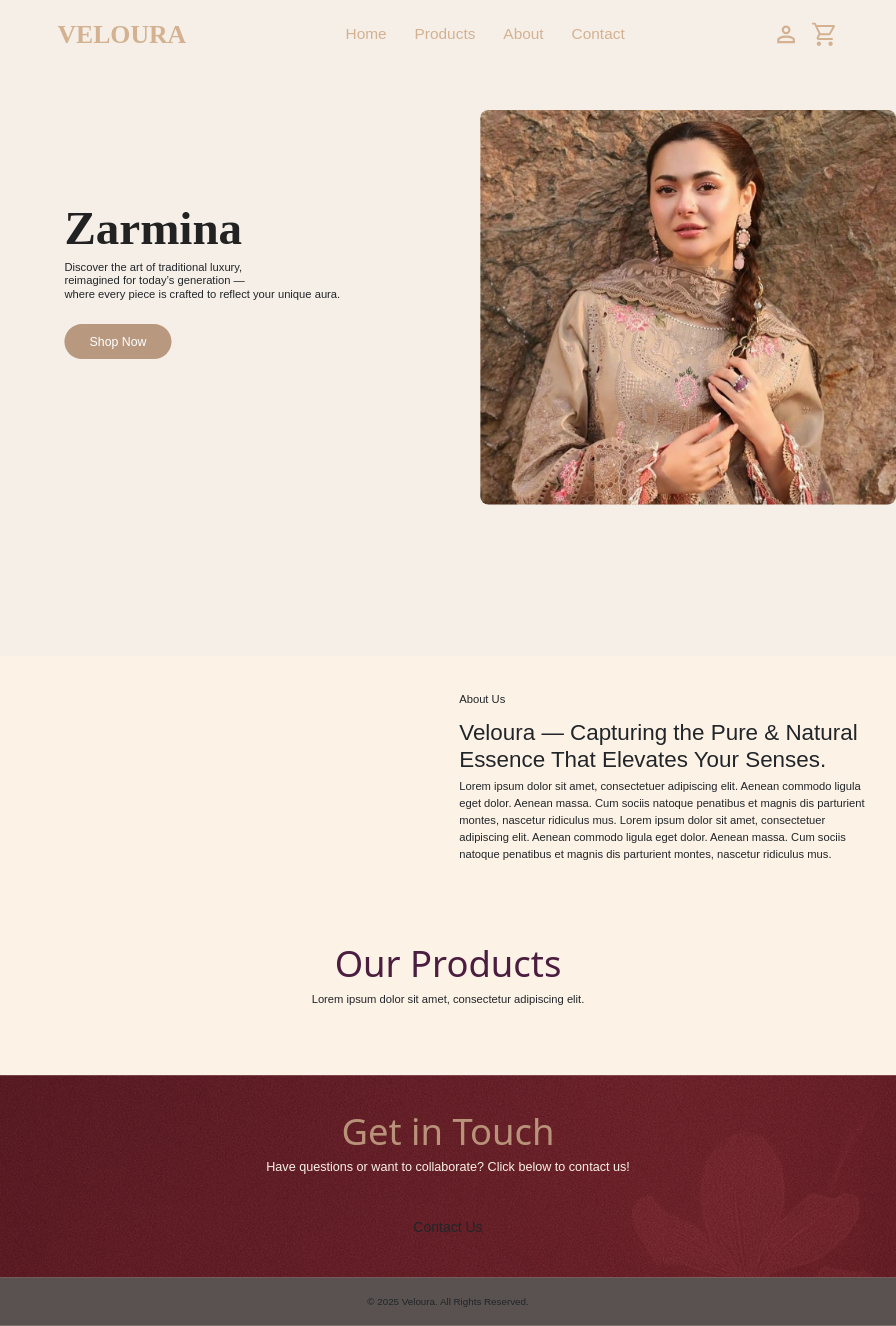
Repository: ayeshatehreem77/Clothing-store
Page: / (app in perfumes-app/)
The author's editor kept a copy of each file at every save. The page is drawn from the files as they stood at one save, then again after the next save.
The browser window is 1280 px wide. The pictures show the whole page, at 70% of full size.
Pictures or frames that could not be fetched are drawn as grey boxes. The page's requests for data from a server got no answer. The project was rebuilt for these pictures with package versions that can differ from the ones it lists, and the page was loaded fresh each time. No one was signed in, and anything a server would have sent is missing. Also part of the build but not shown: perfumes-app/src/components/Alert.js.

Above is the page before, as saved 2025-10-28 23:43:41.

### perfumes-app/public/index.html
<!DOCTYPE html>
<html lang="en">
  <head>
    <meta charset="utf-8" />
    <link rel="icon" href="%PUBLIC_URL%/favicon.ico" />
    <meta name="viewport" content="width=device-width, initial-scale=1" />
    <meta name="theme-color" content="#000000" />
    <meta
      name="description"
      content="Web site created using create-react-app"
    />
    <link rel="apple-touch-icon" href="%PUBLIC_URL%/logo192.png" />
    <!--
      manifest.json provides metadata used when your web app is installed on a
      user's mobile device or desktop. See https://developers.google.com/web/fundamentals/web-app-manifest/
    -->
    <link rel="manifest" href="%PUBLIC_URL%/manifest.json" />
    <!--
      Notice the use of %PUBLIC_URL% in the tags above.
      It will be replaced with the URL of the `public` folder during the build.
      Only files inside the `public` folder can be referenced from the HTML.

      Unlike "/favicon.ico" or "favicon.ico", "%PUBLIC_URL%/favicon.ico" will
      work correctly both with client-side routing and a non-root public URL.
      Learn how to configure a non-root public URL by running `npm run build`.
    -->
    <title>Veloura</title>
  </head>
  <body>
    <noscript>You need to enable JavaScript to run this app.</noscript>
    <div id="root"></div>
    <!--
      This HTML file is a template.
      If you open it directly in the browser, you will see an empty page.

      You can add webfonts, meta tags, or analytics to this file.
      The build step will place the bundled scripts into the <body> tag.

      To begin the development, run `npm start` or `yarn start`.
      To create a production bundle, use `npm run build` or `yarn build`.
    -->
  </body>
</html>

### perfumes-app/src/index.js
import React from 'react';
import ReactDOM from 'react-dom/client';
import './index.css';
import 'bootstrap/dist/css/bootstrap.min.css';
import 'bootstrap/dist/js/bootstrap.bundle.min.js';
import App from './App';
import reportWebVitals from './reportWebVitals';
import { AuthProvider } from './context/AuthContext';

const root = ReactDOM.createRoot(document.getElementById('root'));
root.render(
  <React.StrictMode>
    <AuthProvider>
    <App />
    </AuthProvider>
  </React.StrictMode>
);

// If you want to start measuring performance in your app, pass a function
// to log results (for example: reportWebVitals(console.log))
// or send to an analytics endpoint. Learn more: https://bit.ly/CRA-vitals
reportWebVitals();

### perfumes-app/src/context/AuthContext.js
// src/context/AuthContext.js
import React, { createContext, useState, useEffect } from "react";
import axios from "axios";

export const AuthContext = createContext();

export const AuthProvider = ({ children }) => {
  const [user, setUser] = useState(null);

  // ✅ Fetch user details from backend using token
  const fetchUser = async () => {
    const token = localStorage.getItem("token");
    if (!token) return;

    try {
      const res = await axios.get("http://localhost:4000/auth/user", {
        headers: { Authorization: `Bearer ${token}` },
      });
      setUser(res.data); // { userId, email, role }
    } catch (err) {
      console.error("Failed to fetch user:", err);
      localStorage.removeItem("token");
      setUser(null);
    }
  };

  // ✅ Auto-fetch user on first render (if token exists)
  useEffect(() => {
    fetchUser();
  }, []);

  // ✅ Handle login
  const login = async (email, password) => {
    try {
      const res = await axios.post("http://localhost:4000/auth/login", {
        email,
        password,
      });

      // backend returns { authToken: "..." }
      const token = res.data.authToken;
      if (!token) throw new Error("No token returned");

      localStorage.setItem("token", token);
      await fetchUser(); // instantly update user

      return true; // success
    } catch (err) {
      console.error("Login error:", err.response?.data || err.message);
      throw err.response?.data?.message || "Login failed";
    }
  };

  // ✅ Handle logout
  const logout = () => {
    localStorage.removeItem("token");
    setUser(null);
  };

  return (
    <AuthContext.Provider value={{ user, login, logout, fetchUser }}>
      {children}
    </AuthContext.Provider>
  );
};

### perfumes-app/src/App.css
body {
  font-family: 'Poppins', sans-serif;
  background-color: #FCF2E6;
}

html {
  scroll-behavior: smooth;
}


.veloura-logo {
  font-family: 'Playfair Display', serif;
  font-size: 2.3rem;
  color: #D4B191 !important;
}

.navbar {
  background: transparent !important;
}

button.navbar-toggler {
  border: none !important;
}

.navbar-toggler-icon {
  background-image: url("data:[embedded picture, 222 characters]");
}



.nav-link {
  color: #D4B191 !important;
  font-size: 22px;
}

.hero-section {
  background-color: #f5efe7;
  min-height: 100vh;
  display: flex;
  flex-direction: column;
  font-family: "Poppins", sans-serif;
}

/* =============== HERO LAYOUT =============== */
.hero-layout {
 display: flex;
    justify-content: center;
    align-items: flex-start;
    width: 100%;
    max-width: 1400px;
    height: 100vh;
    margin: 60px 0;

}

/* ---------- Left Section ---------- */
.hero-left {
    flex: 1 1;
    position: relative;
    margin: 133px 0px 0 92px;
}

.main-image {
  width: 100%;
  height: 564px;
  border-radius: 12px;
  overflow: hidden; /* ✅ ensures image stays inside box */
  position: relative;
  background-color: #93c5fd;
}

/* Make image fill box properly */
.main-image img {
  width: 100%;
  height: 100%;
  object-fit: cover; /* ✅ maintains aspect ratio without stretching */
  object-position: center;
  display: block;
}


.side-handle {
  position: absolute;
  left: -50px;
  bottom: 50%;
  transform: rotate(-90deg);
  font-size: 14px;
  color: #555;
  letter-spacing: 2px;
}

/* ---------- Right Section ---------- */
.hero-right {
  flex: 1;
  display: flex;
  flex-direction: column;
  justify-content: space-between;
  gap: 2rem;
}

/* Text Area */
.hero-text h2 {
  font-size: 1.6rem;
  color: #6c6c6c;
  margin-bottom: 5px;
  letter-spacing: 2px;
}

.hero-text h1 {
  font-family: "Playfair Display", serif;
  font-size: 4.2rem;
  font-weight: 700;
  color: #222;
  line-height: 1.1;
}

.shop-btn {
  background-color: #b8997f;
  color: white;
  border: none;
  padding: 12px 36px;
  border-radius: 40px;
  font-size: 1.1rem;
  margin-top: 25px;
  cursor: pointer;
  transition: background-color 0.3s ease;
}

.shop-btn:hover {
  background-color: #a3846d;
}

/* Small Image Grid */
.image-grid {
  display: grid;
  grid-template-columns: repeat(2, 1fr);
  gap: 20px;
}

.small-box {
  height: 200px;
  background-color: #93c5fd;
  border-radius: 12px;
}

/* =============== RESPONSIVE DESIGN =============== */
@media (max-width: 992px) {
  .hero-layout {
    flex-direction: column;
    text-align: center;
  }

  .side-handle {
    display: none;
  }

  .hero-text h1 {
    font-size: 3rem;
  }

  .main-image {
    height: 400px;
  }
}


.products-section h2 {
  font-family: "Libertinus Serif Display", system-ui;
  font-weight: 400;
  font-style: normal;
  font-size: 52px;
  color: #4B1D3F;
}

.product-card {
  transition: all 0.3s ease-in-out;
  border-radius: 10px;
  background: transparent;
}

.card-img {
  border-radius: 10px;
  /* background: #FCF2E6; */
  background: #4B1D3F;
}

.product-card:hover {
  transform: translateY(-5px);
}

.card-text,
.card-title {
  font-size: 23px;
  color: #4B1D3F;
}

/* about us */

.aboutus {
  display: grid;
  grid-template-columns: 1fr 1fr;
  gap: 2rem;
  align-items: center;
  padding: 2rem;
  background: #FCF2E6;
}

.right-section video {
  width: 70%;
  max-height: 80vh;
  height: 100%;
  object-fit: cover;
  display: block;
}

/* product details */


.modal-header p {
  font-size: 14px;
  color: #451b277a;
}

.product-img {
  width: 100%;
  border-radius: 10px;
}

.product-title {
  font-family: "Libertinus Serif Display", system-ui;
  font-weight: 400;
  font-style: normal;
  font-size: 36px;
  color: #4B1D3F;
}



.modal-content {
  background: #FCF2E6 !important;
  margin: auto !important;
  height: 98vh;
  overflow: hidden;
}

.breadcrumb-item a {
  text-decoration: none !important;
  color: black !important;
}

.modal-dialog {
  max-width: 900px;
  display: flex;
  align-items: center;
  justify-content: center;
  min-height: calc(100vh - 2rem); /* keeps it centered */
}

/* Optional - pretty scrollbar inside modal */
.modal-content::-webkit-scrollbar {
  width: 8px;
}
.modal-content::-webkit-scrollbar-thumb {
  background: #d4b191;
  border-radius: 10px;
}
.modal-content::-webkit-scrollbar-thumb:hover {
  background: #b8937a;
}

.modal-body {
  padding: 2rem !important;
}

.gender,
.concentration {
  background-color: #D4B191;
  border-radius: 21%;
  padding: 6px 11px;
  margin-bottom: 5px;
}

.add-cart-btn {
  margin-top: 1rem;
  background-color: #D4B191;
  padding: 10px 25px;
  color: #451B27;
  font-weight: 600;
}

.product-detail {
  margin-top: 0;
  margin-bottom: 1rem;
  font-size: 13px;
  color: #8b745e;
}

.btn-close:focus {
  box-shadow: none !important;
  outline: none !important;
}

/* contact us */

.contact-us {
  background-image: url("Assets/contactus2-bg.png");
  background-position: center;
  background-repeat: no-repeat;
  background-size: cover;
}

.contact-section h2 {
  font-family: "Libertinus Serif Display", system-ui;
  font-weight: 400;
  font-style: normal;
  font-size: 52px;
  color: #b8937a;
  text-align: center;
}

.contact-section p {
  font-size: 18px;
  color: #FCF2E6;
  /* accent purple */
  margin-bottom: 3rem;
  text-align: center;
}

.contact-form {
  max-width: 600px;
  margin: 0 auto;
  display: grid;
  gap: 1.5rem;
}

.contact-form input,
.contact-form textarea {
  padding: 1rem 1.2rem;
  border: 2px solid #D4B191;
  /* brand pink/gold */
  border-radius: 10px;
  font-size: 16px;
  width: 100%;
  outline: none;
  transition: border 0.3s, box-shadow 0.3s;
}

.contact-form input:focus,
.contact-form textarea:focus {
  border-color: #5E1E27;
  /* pink highlight */
  box-shadow: 0 0 10px rgba(252, 65, 90, 0.2);
}

.contact-form button {
  background-color: #D4B191;
  color: #451B27;
  padding: 1rem 2.5rem;
  font-size: 18px;
  font-weight: 600;
  border: none;
  border-radius: 10px;
  cursor: pointer;
  transition: transform 0.3s, background 0.3s;
}

.contact-form button:hover {
  background-color: #5E1E27;
  color: #fff;
  transform: scale(1.05);
}

/* Responsive */
@media (max-width: 768px) {
  .contact-form {
    gap: 1rem;
  }

  .contact-section h2 {
    font-size: 36px;
  }

  .contact-section p {
    font-size: 16px;
  }
}

/* Copyright */

footer {
  position: relative;
  bottom: 0;
  width: 100%;
  background-color: #0b0708ac;
}

/* login modal */

.auth-modal-content {
  background-color: #fdf7f2 !important;
  border-radius: 16px;
  border: none;
  box-shadow: 0 4px 20px rgba(0, 0, 0, 0.1);
  height: 90vh !important;
  width: 70%;
}

.auth-title {
  color: #4c0d23;
  font-weight: 700;
}

.auth-login-btn {
  background-color: #4c0d23;
  color: #fff;
  border-radius: 12px;
  transition: background-color 0.3s ease;
}

.auth-login-btn:hover {
  background-color: #300818;
}

.auth-signup-btn {
  border: 2px solid #b8860b;
  color: #b8860b;
  border-radius: 12px;
  background-color: transparent;
  transition: all 0.3s ease;
}

.auth-signup-btn:hover {
  background-color: #b8860b;
  color: #fff;
}

.auth-forgot-link {
  color: #4c0d23;
  text-decoration: none;
  font-weight: 500;
}

.auth-forgot-link:hover {
  text-decoration: underline;
}

.authfade-enter {
  opacity: 0;
  transform: translateY(10px);
}
.authfade-enter-active {
  opacity: 1;
  transform: translateY(0);
  transition: opacity 300ms ease, transform 300ms ease;
}
.authfade-exit {
  opacity: 1;
  transform: translateY(0);
}
.authfade-exit-active {
  opacity: 0;
  transform: translateY(-10px);
  transition: opacity 300ms ease, transform 300ms ease;
}

### perfumes-app/src/components/Aboutus.js
import React, { useEffect, useRef } from 'react';

function Aboutus() {
  const videoRef = useRef(null);

  useEffect(() => {
    if (videoRef.current) {
      const playPromise = videoRef.current.play();
      if (playPromise !== undefined) {
        playPromise.catch((error) => {
          console.log("Autoplay prevented:", error);
        });
      }
    }
  }, []);

  return (
    <div id='about' className="aboutus" style={{  }}>
      <div className="right-section">
        <video
          ref={videoRef}
          autoPlay
          muted
          loop
          playsInline
          style={{ width: "100%", height: "auto", borderRadius: "12px", objectFit: "cover" }}
        >
          <source src="/assets/aboutusvideo.mp4" type="video/mp4" />
          Your browser does not support the video tag.
        </video>
      </div>
      <div className="left-section">
        <p>About Us</p>
        <h2>
          Veloura — Capturing the Pure & Natural Essence That Elevates Your Senses.
        </h2>
        <p>Lorem ipsum dolor sit amet, consectetuer adipiscing elit. Aenean commodo ligula eget dolor. Aenean massa. Cum sociis natoque penatibus et magnis dis parturient montes, nascetur ridiculus mus. Lorem ipsum dolor sit amet, consectetuer adipiscing elit. Aenean commodo ligula eget dolor. Aenean massa. Cum sociis natoque penatibus et magnis dis parturient montes, nascetur ridiculus mus. </p>
      </div>
    </div>
  );
}

export default Aboutus;

### perfumes-app/src/components/ContactForm.js
import React from 'react'

function ContactForm() {
  return (
    <div className='contact-us align-center text-center'>
        <div className='contact-section pt-5'>
      <h2>
        Get in Touch
      </h2>
      <p>
        Have questions or want to collaborate? Click below to contact us!
      </p>
        </div>
      <button
        type="button"
        className="btn btn-lg shopnow-btn mb-5 mt-0"
        data-bs-toggle="modal"
        data-bs-target="#contactModal"
      >
        Contact Us
      </button>
    </div>
  )
}

export default ContactForm

### perfumes-app/src/components/Footer.js
import React from "react";

function Footer() {
  const year = new Date().getFullYear();

  return (
    <footer
      className="text-center py-4"
    >
      <p style={{ margin: 0, fontSize: "14px" }}>
        &copy; {year} Veloura. All Rights Reserved.
      </p>
    </footer>
  );
}

export default Footer;

### perfumes-app/src/components/Hero.js
import React from "react";
import Navbar from "./Navbar";

function Hero() {
  return (
    <div className="hero-section">
      <Navbar />

      <div className="hero-layout">
        {/* Left Main Image Box */}
        <div className="hero-left">
          <div className="hero-text">
            <h1>Zarmina</h1>
            <h6>
              Discover the art of traditional luxury, <br/> reimagined for today’s generation — <br/> where every piece is crafted to reflect your unique aura.
            </h6>
            <button className="shop-btn">Shop Now</button>
          </div>
        </div>

        {/* Right Side Content */}
        <div className="hero-right">
          <div className="main-image">
            <img src="assets/hero-img1.jpg" alt="" />
          </div>
        </div>
      </div>
    </div>
  );
}

export default Hero;

### perfumes-app/src/components/Products.js
import React, { useEffect, useState } from "react";

function Products({ setSelectedProduct }) {
  const [products, setProducts] = useState([]);
  const [loading, setLoading] = useState(true);

  useEffect(() => {
    const fetchProducts = async () => {
      try {
        const res = await fetch("http://localhost:4000/products");
        const data = await res.json();
        setProducts(data.data || data);
      } catch (error) {
        console.error("Failed to fetch products:", error);
      } finally {
        setLoading(false);
      }
    };

    fetchProducts();
  }, []);

  if (loading) return <p className="text-center">Loading products...</p>;

  return (
    <div id="products" className="products-section py-5">
      <div className="container w-75">
        <div className="product-text text-center mb-5">
          <h2>Our Products</h2>
          <p className="mx-5 mb-5">
            Lorem ipsum dolor sit amet, consectetur adipiscing elit.
          </p>
        </div>

        <div className="row">
          {products.map((product) => (
            <div className="col-md-4 mb-4" key={product._id}>
              <div
                className="card border-0 product-card h-100"
                data-bs-toggle="modal"
                data-bs-target="#productsDetails"
                onClick={() => setSelectedProduct(product)}
              >
                <img
                  src={`http://localhost:4000${product.images?.[0]?.url}`}
                  className="card-img card-img-top"
                  alt={product.name}
                />
                <div className="card-body text-center">
                  <h5 className="card-title">{product.name}</h5>
                  <p className="card-text">${product.price}</p>
                </div>
              </div>
            </div>
          ))}
        </div>
      </div>
    </div>
  );
}

export default Products;

### perfumes-app/src/components/Navbar.js
import React, { useContext } from "react";
import { AuthContext } from "../context/AuthContext";

function Navbar() {
  const { user, logout } = useContext(AuthContext);

  return (
    <nav className="navbar navbar-expand-lg py-3">
      <div className="container d-flex justify-content-between align-items-center">
        <a className="navbar-brand fw-bold text-uppercase veloura-logo" href="/">
          Veloura
        </a>

        <ul className="navbar-nav mx-auto d-lg-flex flex-row gap-4">
          <li className="nav-item"><a className="nav-link" href="/">Home</a></li>
          <li className="nav-item"><a className="nav-link" href="#products">Products</a></li>
          <li className="nav-item"><a className="nav-link" href="#about">About</a></li>
          <li className="nav-item">
            <a className="nav-link" href="/" data-bs-toggle="modal" data-bs-target="#contactModal">Contact</a>
          </li>
        </ul>

        <div className="d-none d-lg-flex align-items-center gap-3">
            <a
              className="nav-link p-0"
              href="#"
              data-bs-toggle="modal"
              data-bs-target="#authModal"
            >
              <svg xmlns="http://www.w3.org/2000/svg" height="38px" viewBox="0 -960 960 960" width="38px" fill="#D4B191"><path d="M480-480q-66 0-113-47t-47-113q0-66 47-113t113-47q66 0 113 47t47 113q0 66-47 113t-113 47ZM160-160v-112q0-34 17.5-62.5T224-378q62-31 126-46.5T480-440q66 0 130 15.5T736-378q29 15 46.5 43.5T800-272v112H160Zm80-80h480v-32q0-11-5.5-20T700-306q-54-27-109-40.5T480-360q-56 0-111 13.5T260-306q-9 5-14.5 14t-5.5 20v32Zm240-320q33 0 56.5-23.5T560-640q0-33-23.5-56.5T480-720q-33 0-56.5 23.5T400-640q0 33 23.5 56.5T480-560Zm0-80Zm0 400Z" /></svg>
            </a>

          <a
            href="#"
            className="nav-link"
            data-bs-toggle="modal"
            data-bs-target="#cartModal"
          >
            <svg xmlns="http://www.w3.org/2000/svg" height="40px" viewBox="0 -960 960 960" width="40px" fill="#D4B191"><path d="M284.53-80.67q-30.86 0-52.7-21.97Q210-124.62 210-155.47q0-30.86 21.98-52.7Q253.95-230 284.81-230t52.69 21.98q21.83 21.97 21.83 52.83t-21.97 52.69q-21.98 21.83-52.83 21.83Zm400 0q-30.86 0-52.7-21.97Q610-124.62 610-155.47q0-30.86 21.98-52.7Q653.95-230 684.81-230t52.69 21.98q21.83 21.97 21.83 52.83t-21.97 52.69q-21.98 21.83-52.83 21.83ZM238.67-734 344-515.33h285.33l120-218.67H238.67ZM206-800.67h589.38q22.98 0 34.97 20.84 11.98 20.83.32 41.83L693.33-490.67q-11 19.34-28.87 30.67-17.87 11.33-39.13 11.33H324l-52 96h487.33V-286H278q-43 0-63-31.83-20-31.84-.33-68.17l60.66-111.33-149.33-316H47.33V-880h121.34L206-800.67Zm138 285.34h285.33H344Z"/></svg>
          </a>
        </div>
      </div>
    </nav>
  );
}

export default Navbar;

Loaded but not shown: perfumes-app/src/index.css (common file); perfumes-app/src/reportWebVitals.js (common file); perfumes-app/src/components/Login.js (294 lines, source omitted); perfumes-app/src/components/ProductsDetails.js (160 lines, source omitted); perfumes-app/src/components/AddToCart.js (158 lines, source omitted); perfumes-app/src/components/ContactModal.js (121 lines, source omitted); perfumes-app/src/App.js (116 lines, source omitted)

After the next save:
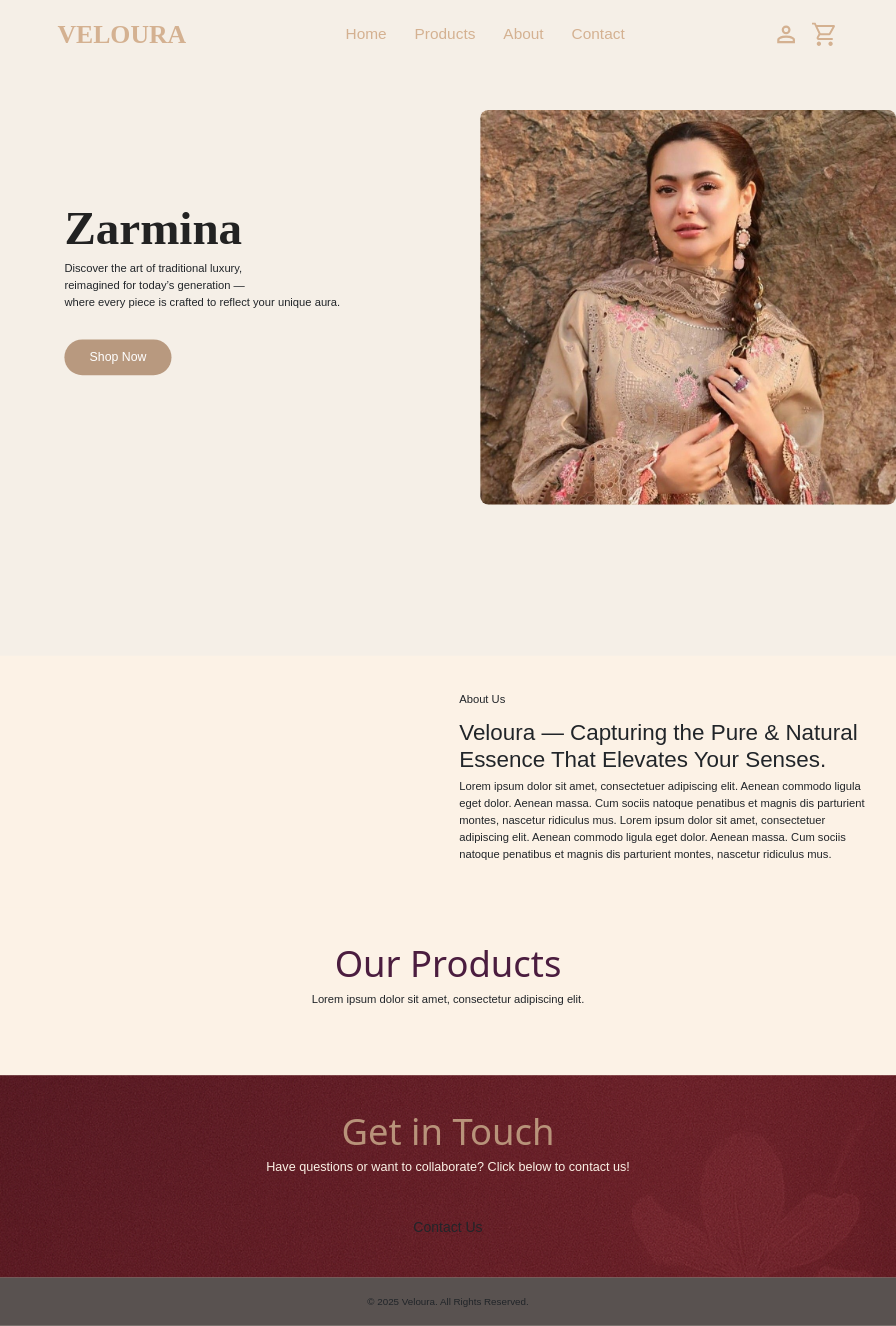
Saved 12 s later.
--- a/perfumes-app/src/components/Hero.js
+++ b/perfumes-app/src/components/Hero.js
@@ -11,9 +11,9 @@ function Hero() {
         <div className="hero-left">
           <div className="hero-text">
             <h1>Zarmina</h1>
-            <h6>
+            <p>
               Discover the art of traditional luxury, <br/> reimagined for today’s generation — <br/> where every piece is crafted to reflect your unique aura.
-            </h6>
+            </p>
             <button className="shop-btn">Shop Now</button>
           </div>
         </div>
